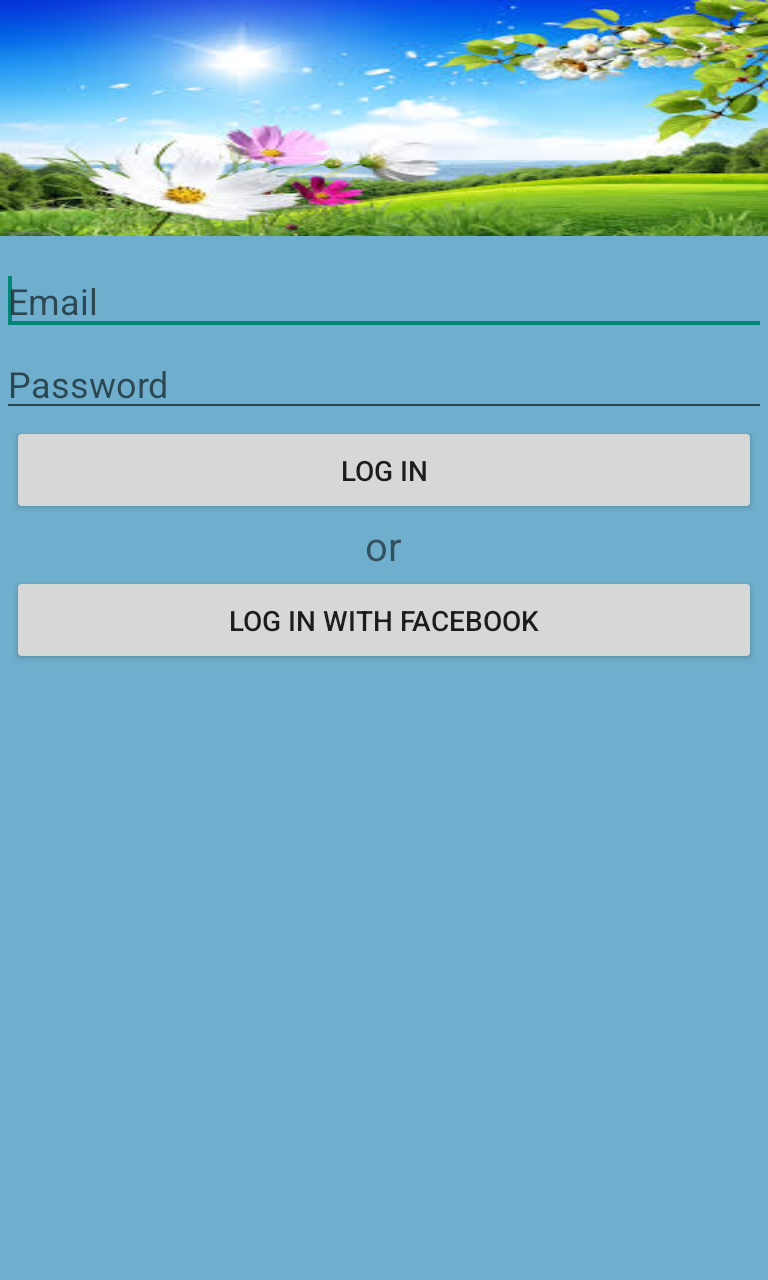
Repository: adarshnair13/my-project
Layout: ash/res/layout/activity_main.xml
The author's editor kept a copy of each file at every save. The layout is drawn from the files as they stood at one save, then again after the next save.
It is drawn on a 768 x 1280 px phone screen (xhdpi) without system bars, with theme AppTheme; the app's code is not run.

Above is the layout before, as saved 2015-02-02 23:02:27.

After the next save:
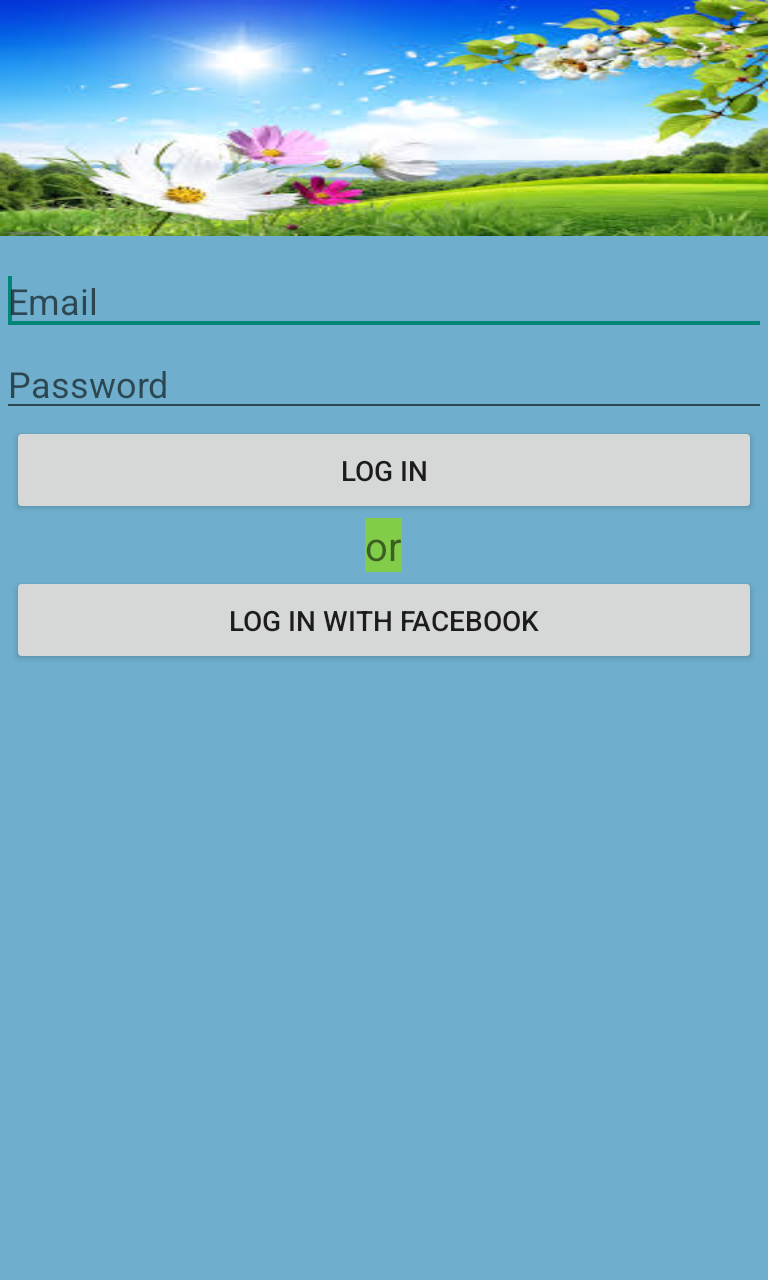
Saved 63 s later.
--- a/ash/res/layout/activity_main.xml
+++ b/ash/res/layout/activity_main.xml
@@ -45,6 +45,7 @@
 
     <TextView
         android:id="@+id/textView1"
+        android:background="#81CD4A"
         android:layout_width="wrap_content"
         android:layout_height="wrap_content"
         android:layout_gravity="center"
